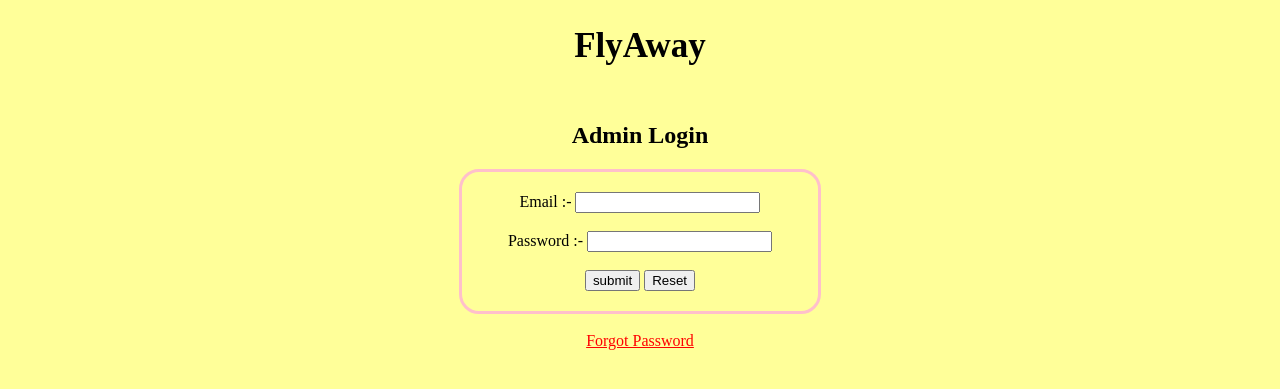
Repository: badrilogaram/Phase-two-project
Page: http://localhost/FlyAway-master/AdminPage.jsp
The author's editor kept a copy of each file at every save. The page is drawn from the files as they stood at one save, then again after the next save.
The browser window is 1280 px wide. The pictures show the whole page.
The page is served by Tomcat 9.

Above is the page before, as saved 2021-05-27 23:04:38.

After the next save:
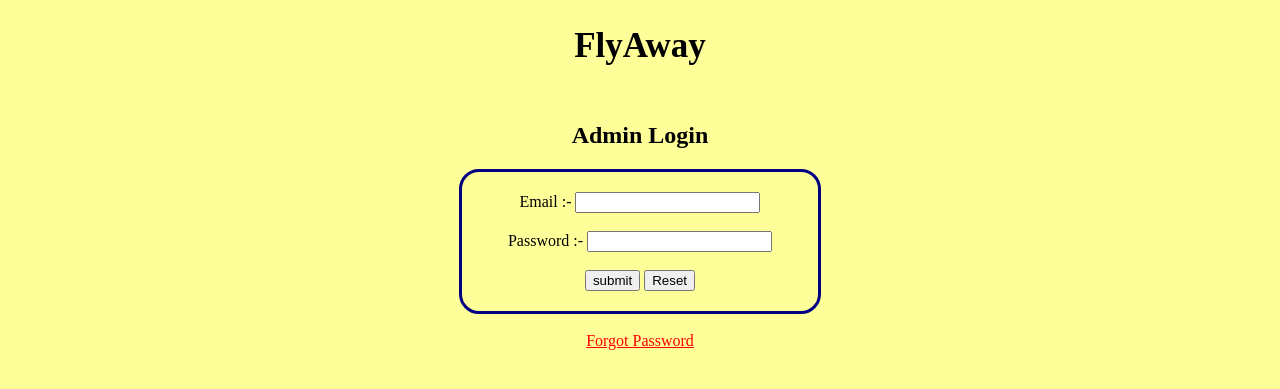
Saved 12 s later.
--- a/FlyAway-master/src/main/webapp/AdminPage.jsp
+++ b/FlyAway-master/src/main/webapp/AdminPage.jsp
@@ -14,7 +14,7 @@
 <br><br>
 <center>
 <h2>Admin Login</h2>
-<div style="border:3px solid pink;width:25%;border-radius:20px;padding:20px" align="center">
+<div style="border:3px solid Navy;width:25%;border-radius:20px;padding:20px" align="center">
 <form action=AdminLogin method=post>
 	<label for=email>Email :-</label> <input type="email" name=email id=email /><br><br>
 	<label for=pass>Password :-</label> <input type="password" name=password id=pass /><br><br>
